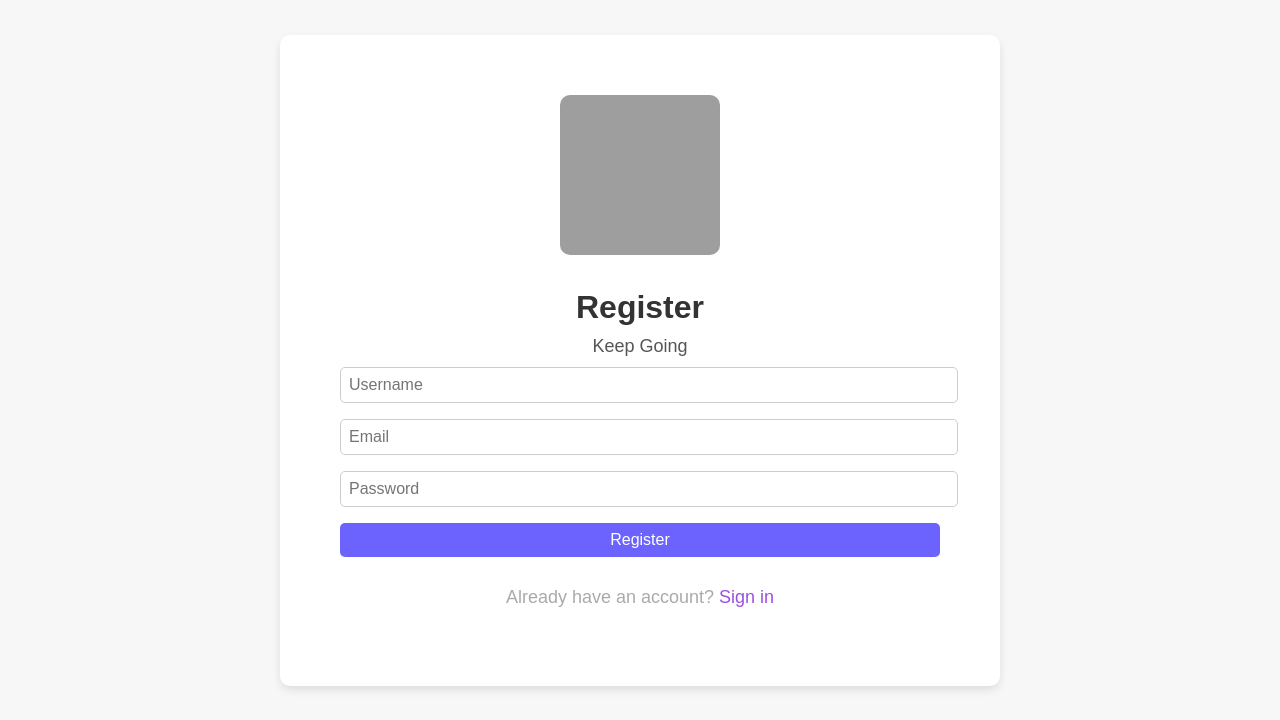
Repository: jvt2/OnlineCourseApp
Page: /register
The author's editor kept a copy of each file at every save. The page is drawn from the files as they stood at one save, then again after the next save.
The browser window is 1280 px wide. The pictures show the whole page.
Pictures or frames that could not be fetched are drawn as grey boxes. The project was rebuilt for these pictures with package versions that can differ from the ones it lists, and the page was loaded fresh each time. Also part of the build but not shown: src/features/auth/Login.js, src/features/courses/ResumeUpload.js, src/features/courses/CourseRecommendations.js, src/components/common/MyModal.js, src/features/courses/CourseCatalog.js, src/features/courses/CourseDetail.js, src/features/dashboard/Dashboard.js, src/components/common/Navbar.js and 3 more. Imported but missing from the stored project, and not drawn on this page: src/app/reportWebVitals.

Above is the page before, as saved 2024-07-14 14:09:03.

### src/index.js
import React from 'react';
import ReactDOM from 'react-dom/client';
import { Provider } from 'react-redux';
import store from './redux/store';
import './index.css';
import App from './app/App';
import reportWebVitals from './app/reportWebVitals';

const root = ReactDOM.createRoot(document.getElementById('root'));
root.render(
  <React.StrictMode>
    <App />
  </React.StrictMode>
);

// If you want to start measuring performance in your app, pass a function
// to log results (for example: reportWebVitals(console.log))
// or send to an analytics endpoint. Learn more: https://bit.ly/CRA-vitals
reportWebVitals();

### src/redux/store.js
// src/redux/store.js

import { configureStore } from '@reduxjs/toolkit';
import userReducer from './userReducer';

const store = configureStore({
  reducer: {
    user: userReducer,
  },
});

export default store;

### src/app/App.js
import { BrowserRouter as Router, Route, Routes } from 'react-router-dom';
import React, { useState } from 'react';
import logo from '../logo.svg';
import './App.css';
import Register from '../features/auth/Register';
import Login from '../features/auth/Login';
import CourseCatalog from '../features/courses/CourseCatalog';
import CourseDetail from '../features/courses/CourseDetail';
import UserDashboard from '../features/dashboard/Dashboard';
import Navbar from '../components/common/Navbar';
import { Provider } from 'react-redux';
import store from '../redux/store'; // import your Redux store here
import Logout from '../features/auth/Logout'; // Import the Logout component
import Chatbot from '../features/chatbot/Chatbot';
import CourseRecommendations from '../features/courses/CourseRecommendations';
import axios from 'axios';
import ResumeUpload from '../features/courses/ResumeUpload';
import LandingPage from '../components/LandingPage';

function App() {
  const [loggedIn, setLoggedIn] = useState(false);
  const [users, setUsers] = useState([]);
  const [currentUser, setCurrentUser] = useState(null);
  const [recommendations, setRecommendations] = useState([]);

  const handleResumeUpload = (newRecommendations) => {
    console.log('New Recommendations:', newRecommendations);
    setRecommendations(newRecommendations);
  };

  const [courses, setCourses] = useState([
    {id: 1, name: 'Course 1', description: 'This is course 1'},
    {id: 2, name: 'Course 2', description: 'This is course 2'}
  ]);

  const handleRegister = async (username, password) => {
    try {
      const response = await axios.post('http://localhost:3001/register', { username, password });
      alert(response.data.message);
      // Log in the new user if registration is successful
      handleLogin(username, password);
    } catch (error) {
      alert(error.response.data.message);
    }
  };

  const handleLogin = async (username, password) => {
    try {
      const response = await axios.post('http://localhost:3001/login', { username, password });
      localStorage.setItem('token', response.data.token);
      setLoggedIn(true);
      setCurrentUser({ username });
    } catch (error) {
      alert('Login failed. Please check your username and password.');
    }
  };

  const handleEnroll = async (course) => {
    try {
      const token = localStorage.getItem('token');
      await axios.post('http://localhost:3001/enroll', { courseId: course.id }, {
        headers: { 'Authorization': `Bearer ${token}` }
      });
      setEnrolledCourses([...enrolledCourses, course]);
    } catch (error) {
      console.error('Enrollment failed', error);
    }
  };

  const [enrolledCourses, setEnrolledCourses] = useState([]);
  const [isModalOpen, setIsModalOpen] = useState(false);

  const handleSelectRecommendation = (recommendation) => {
    const newCourse = {
      id: courses.length + 1,
      name: recommendation.text,
      description: 'This is a recommended course based on your resume.'
    };

    setCourses([...courses, newCourse]);
    setEnrolledCourses([...enrolledCourses, newCourse]);
    setIsModalOpen(false);
  };

  return (
    <Provider store={store}>
      <Router>
        <div className="App">
          <Routes>
            <Route path="/" element={<LandingPage />} />
            <Route path="/register" element={<Register />} />
            <Route path="/login" element={<Login />} />
          </Routes>
        </div>
      </Router>
    </Provider>
  );
}

export default App;

### src/redux/userReducer.js
// src/redux/userReducer.js

import { createSlice } from '@reduxjs/toolkit';

const userSlice = createSlice({
  name: 'user',
  initialState: { email: '', token: '', loggedIn: false },
  reducers: {
    logIn: (state, action) => {
      state.email = action.payload.email;
      state.token = action.payload.token;
      state.loggedIn = true;
    },
    logOut: (state) => {
      state.email = '';
      state.token = '';
      state.loggedIn = false;
    }
  }
});

export const { logIn, logOut } = userSlice.actions;
export default userSlice.reducer;

### src/app/App.css
/* App.css */
:root {
  --primary-bg-color: #1E1E2F;
  --secondary-bg-color: #282840;
  --primary-text-color: #F5F5F5;
  --link-color: #61dafb;
  --accent-color: #FF6B6B;
  --navbar-height: 4rem;
  --content-padding: 20px;
  --border-radius: 8px;
  --transition-duration: 0.3s;
  --gradient-bg-color: linear-gradient(120deg, #84fab0 0%, #8fd3f4 100%);
}

.App {
  text-align: center;
  font-family: 'Arial', sans-serif;
  background-color: var(--primary-bg-color);
}

.App-logo {
  height: 40vmin;
  pointer-events: none;
  filter: drop-shadow(0 0 10px var(--accent-color));
}

.App-header {
  background-color: var(--secondary-bg-color);
  min-height: 100vh;
  display: flex;
  flex-direction: column;
  align-items: center;
  justify-content: center;
  font-size: calc(10px + 2vmin);
  color: var(--primary-text-color);
  border-bottom-left-radius: var(--border-radius);
  border-bottom-right-radius: var(--border-radius);
}

.App-link {
  color: var(--link-color);
  transition: color var(--transition-duration);
}

.App-link:hover {
  color: var(--accent-color);
}

@media (prefers-reduced-motion: no-preference) {
  .App-logo {
    animation: App-logo-spin infinite 20s linear;
  }
}

@keyframes App-logo-spin {
  from {
    transform: rotate(0deg);
  }
  to {
    transform: rotate(360deg);
  }
}

.site-navbar {
  display: flex;
  align-items: center;
  background: var(--gradient-bg-color);
  padding: 10px 20px;
  height: var(--navbar-height);
  font-weight: 500;
  box-shadow: 0 4px 6px rgba(0, 0, 0, 0.1);
}

.navbar-nav {
  display: flex;
  align-items: center;
  list-style: none;
  margin: 0;
  padding: 0;
  flex-grow: 1;
  justify-content: center;
}

.nav-item {
  display: flex;
  align-items: center;
  justify-content: center;
  text-decoration: none;
  color: var(--primary-text-color);
  padding: 15px 25px;
  transition: all 0.3s ease-in-out;
  border-radius: var(--border-radius);
  position: relative;
}

.nav-item:before {
  content: '';
  position: absolute;
  top: 0;
  left: 0;
  width: 0;
  height: 100%;
  background: var(--accent-color);
  border-radius: var(--border-radius);
  transition: width 0.3s ease-in-out;
  z-index: -1;
}

.nav-item:hover:before {
  width: 100%;
}

.nav-item:hover {
  color: var(--secondary-bg-color);
  box-shadow: 0 4px 8px rgba(0, 0, 0, 0.2);
  text-decoration: none;
}

.navbar-brand {
  margin-right: auto;
  color: var(--primary-text-color);
  font-size: 1.5em;
  font-weight: bold;
}

.App-content {
  padding: var(--content-padding);
  color: var(--primary-text-color);
}

.App-footer {
  text-align: center;
  padding: var(--content-padding);
  background-color: var(--secondary-bg-color);
  color: var(--primary-text-color);
  box-shadow: 0 -4px 6px rgba(0, 0, 0, 0.1);
}

.course-recommendations {
  width: 80%;
  margin: auto;
  background: #f9f9f9;
  padding: 20px;
  border-radius: 5px;
  box-shadow: 0px 0px 10px rgba(0, 0, 0, 0.1);
}

.course-recommendations h2 {
  text-align: center;
  color: #333;
}

.course-recommendations .course {
  padding: 10px 0;
  border-bottom: 1px solid #eee;
}

.course-recommendations .course:last-child {
  border-bottom: none;
}

.course-recommendations .course button {
  margin-left: 10px;
}

body {
  background-color: #1a1a2e;
  color: #e94560;
}

.MuiContainer-root {
  background-color: #16213e;
  border-radius: 8px;
  padding: 20px;
  box-shadow: 0 4px 8px rgba(0, 0, 0, 0.2);
}

.customTextField .MuiInputBase-input {
  color: #fff;
  background-color: rgba(255, 255, 255, 0.1);
}

.customTextField .MuiInputLabel-root {
  color: rgba(255, 255, 255, 0.7);
}

.customTextField .MuiInputLabel-root.Mui-focused {
  color: #fff;
}

.customTextField .MuiOutlinedInput-root {
  &.Mui-focused .MuiOutlinedInput-notchedOutline {
    border-color: #fff;
  }
  & .MuiOutlinedInput-notchedOutline {
    border-color: rgba(255, 255, 255, 0.5);
  }
}

### src/features/auth/Register.js
import React, { useState } from 'react';
import axios from 'axios';
import { useDispatch } from 'react-redux';
import { useNavigate } from 'react-router-dom';
import { logIn } from '../../redux/userReducer'; // Ensure the path is correct
import './Register.css'; // Ensure this path is correct

function Register() {
  const [username, setUsername] = useState('');
  const [password, setPassword] = useState('');
  const [email, setEmail] = useState('');
  const [error, setError] = useState(null);
  const dispatch = useDispatch();
  const navigate = useNavigate();

  const handleRegister = async (event) => {
    event.preventDefault();
    try {
      const response = await axios.post('http://localhost:3001/register', { username, password, email });
      const token = response.data.token;
      localStorage.setItem('token', token);
      dispatch(logIn({ email, token })); // Dispatching both email and token
      navigate('/dashboard'); // Navigate to dashboard after successful registration
    } catch (error) {
      setError('Registration failed. Please check your details and try again.');
      console.error(error);
    }
  };

  return (
    <div className="sign-in-container">
      <div className="sign-in-form">
        <img src={`${process.env.PUBLIC_URL}/assets/flux_logo.png`} alt="Flux Logo" className="logo" />
        <h1>Register</h1>
        <p className="subtitle">Keep Going</p>
        <form onSubmit={handleRegister}>
          <input
            type="text"
            placeholder="Username"
            className="input-field"
            value={username}
            onChange={(e) => setUsername(e.target.value)}
          />
          <input
            type="email"
            placeholder="Email"
            className="input-field"
            value={email}
            onChange={(e) => setEmail(e.target.value)}
          />
          <input
            type="password"
            placeholder="Password"
            className="input-field"
            value={password}
            onChange={(e) => setPassword(e.target.value)}
          />
          {error && <div className="error-message">{error}</div>}
          <button type="submit" className="submit-button">Register</button>
        </form>
        <p className="sign-up-link">Already have an account? <a href="/login">Sign in</a></p>
      </div>
    </div>
  );
}

export default Register;

### src/features/auth/Logout.js
// Logout.js
import { useEffect } from 'react';
import { useDispatch } from 'react-redux';
import { useNavigate } from 'react-router-dom';
import { logOut } from '../../redux/reducers/userslice'; // Import the logOut action

function Logout() {
  const navigate = useNavigate();
  const dispatch = useDispatch();

  useEffect(() => {
    localStorage.removeItem('token'); // Remove the token from local storage
    dispatch(logOut()); // Dispatch the logOut action
    navigate('/login'); // Navigate to the login page
  }, [dispatch, navigate]);

  return null;
}

export default Logout;

### src/features/auth/Register.css
.sign-in-container {
    display: flex;
    justify-content: center;
    align-items: center;
    height: 100vh;
    background-color: #f8f8f8;
  }

  .sign-in-form {
    background-color: #fff;
    padding: 2rem;
    border-radius: 10px;
    box-shadow: 0 0 10px rgba(0, 0, 0, 0.1);
    text-align: center;
    width: 300px;
  }

  .logo {
    width: 100px;
    margin-bottom: 1rem;
  }

  h1 {
    font-size: 1.5rem;
    color: #333;
    margin-bottom: 0.5rem;
  }

  .subtitle {
    font-size: 1rem;
    color: #666;
    margin-bottom: 1.5rem;
  }

  .input-field {
    width: 100%;
    padding: 0.5rem;
    margin-bottom: 1rem;
    border: 1px solid #ccc;
    border-radius: 5px;
    font-size: 1rem;
  }

  .submit-button {
    width: 100%;
    padding: 0.5rem;
    background-color: #6c63ff;
    color: #fff;
    border: none;
    border-radius: 5px;
    font-size: 1rem;
    cursor: pointer;
    transition: background-color 0.3s;
  }

  .submit-button:hover {
    background-color: #5752d8;
  }

  .error-message {
    color: red;
    margin-bottom: 1rem;
  }

  .sign-up-link {
    font-size: 0.9rem;
    color: #666;
  }

  .sign-up-link a {
    color: #6c63ff;
    text-decoration: none;
  }

  .sign-up-link a:hover {
    text-decoration: underline;
  }

### src/redux/reducers/userslice.js
import { createSlice } from '@reduxjs/toolkit';

const userSlice = createSlice({
  name: 'user',
  initialState: { name: '', loggedIn: false },
  reducers: {
    logIn: (state, action) => {
      state.name = action.payload.name;
      state.loggedIn = true;
    },
    logOut: (state) => {
      state.name = '';
      state.loggedIn = false;
    }
  }
});

export const { logIn, logOut } = userSlice.actions;
export default userSlice.reducer;

### src/components/LandingPage.css
body {
    display: flex;
    justify-content: center;
    align-items: center;
    height: 100vh;
    background-color: #f7f7f7;
    margin: 0;
    font-family: 'Roboto', sans-serif;
  }

  .sign-in-container {
    display: flex;
    justify-content: center;
    align-items: center;
    height: 100%;
    width: 100%;
  }

  .sign-in-form {
    background-color: white;
    padding: 60px;
    border-radius: 10px;
    box-shadow: 0 4px 8px rgba(0, 0, 0, 0.1);
    text-align: center;
    max-width: 600px;
    width: 90%;
  }

  .logo {
    width: 160px;
    height: 160px;
    margin-bottom: 30px;
    background-color: white;
    border-radius: 10px;
  }

  h1 {
    margin: 0;
    font-size: 32px;
    font-weight: 700;
  }

  .subtitle {
    margin: 10px 0;
    color: #555;
    font-size: 18px;
  }

  .google-sign-in {
    background-color: #ffffff;
    color: #000;
    border: 1px solid #ccc;
    padding: 15px;
    width: 100%;
    border-radius: 5px;
    margin-bottom: 30px;
    display: flex;
    justify-content: center;
    align-items: center;
    cursor: pointer;
    font-size: 18px;
    font-weight: 500;
    transition: background-color 0.3s;
  }

  .google-sign-in:hover {
    background-color: #f0f0f0;
  }

  .google-logo {
    width: 25px;
    margin-right: 10px;
  }

  .separator {
    display: flex;
    align-items: center;
    text-align: center;
    margin: 30px 0;
    color: #aaa;
    font-size: 18px;
  }

  .separator::before,
  .separator::after {
    content: '';
    flex: 1;
    border-bottom: 1px solid #ccc;
  }

  .separator:not(:empty)::before {
    margin-right: .5em;
  }

  .separator:not(:empty)::after {
    margin-left: .5em;
  }

  .email-input,
  .password-input {
    width: 100%;
    padding: 15px;
    margin-bottom: 30px;
    border: 1px solid #ccc;
    border-radius: 5px;
    font-size: 18px;
    transition: border-color 0.3s;
  }

  .email-input:focus,
  .password-input:focus {
    border-color: #007bff;
    outline: none;
  }

  .continue-button {
    background-color: #9b51e0;
    color: white;
    border: none;
    padding: 15px;
    width: 100%;
    border-radius: 5px;
    font-size: 18px;
    font-weight: 500;
    cursor: pointer;
    transition: background-color 0.3s;
    margin-bottom: 10px; /* Add margin to separate the buttons */
  }

  .continue-button:hover {
    background-color: #7a3bc0;
  }

  .email-error {
    color: red;
    margin-top: 10px;
    font-size: 14px;
  }


  .back-button {
    background-color: #ccc;
    color: white;
    border: none;
    padding: 15px;
    width: 100%;
    border-radius: 5px;
    font-size: 18px;
    font-weight: 500;
    cursor: pointer;
    transition: background-color 0.3s;
    margin-bottom: 10px; /* Add margin to separate the buttons */
  }

  .back-button:hover {
    background-color: #aaa;
  }

  .sign-up-link {
    margin-top: 30px;
    color: #aaa;
    font-size: 18px;
  }

  .sign-up-link a {
    color: #9b51e0;
    text-decoration: none;
  }

  .sign-up-link a:hover {
    text-decoration: underline;
  }

Loaded but not shown: public/index.html (common file); src/index.css (common file)

After the next save:
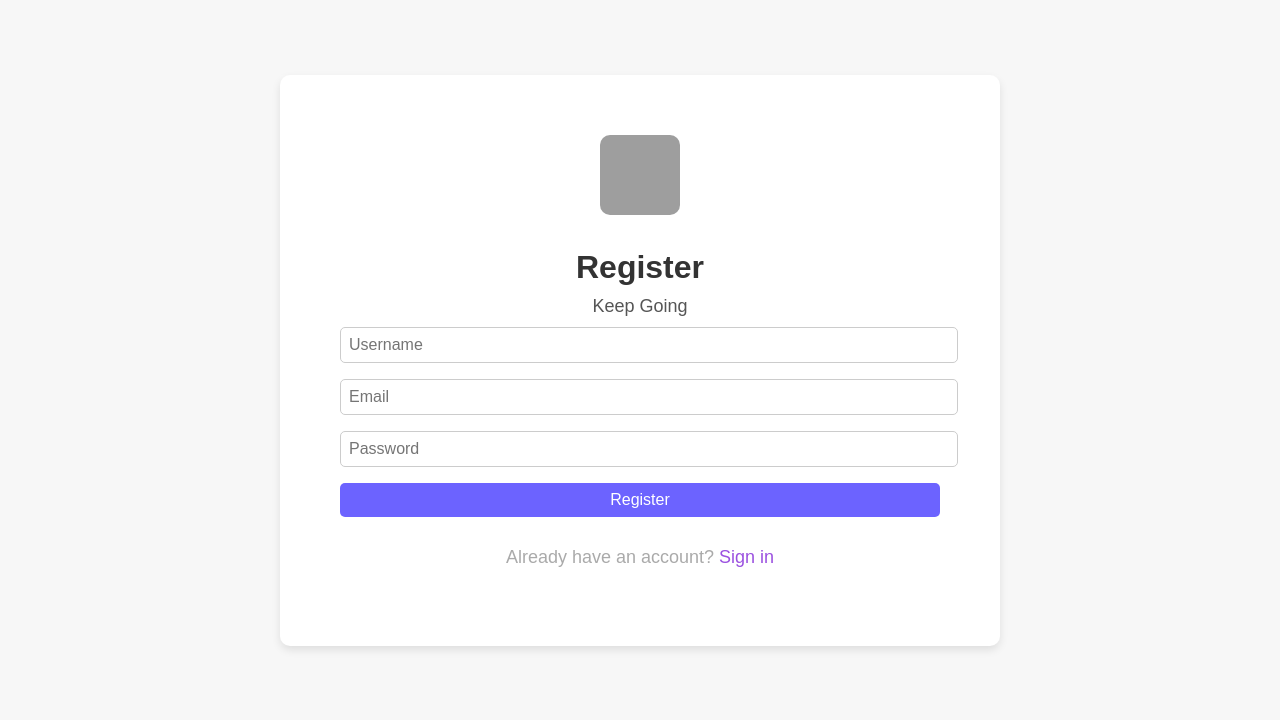
Saved 97 s later.
--- a/src/components/LandingPage.css
+++ b/src/components/LandingPage.css
@@ -27,8 +27,8 @@ body {
   }
 
   .logo {
-    width: 160px;
-    height: 160px;
+    width: 80px;
+    height: 80px;
     margin-bottom: 30px;
     background-color: white;
     border-radius: 10px;
